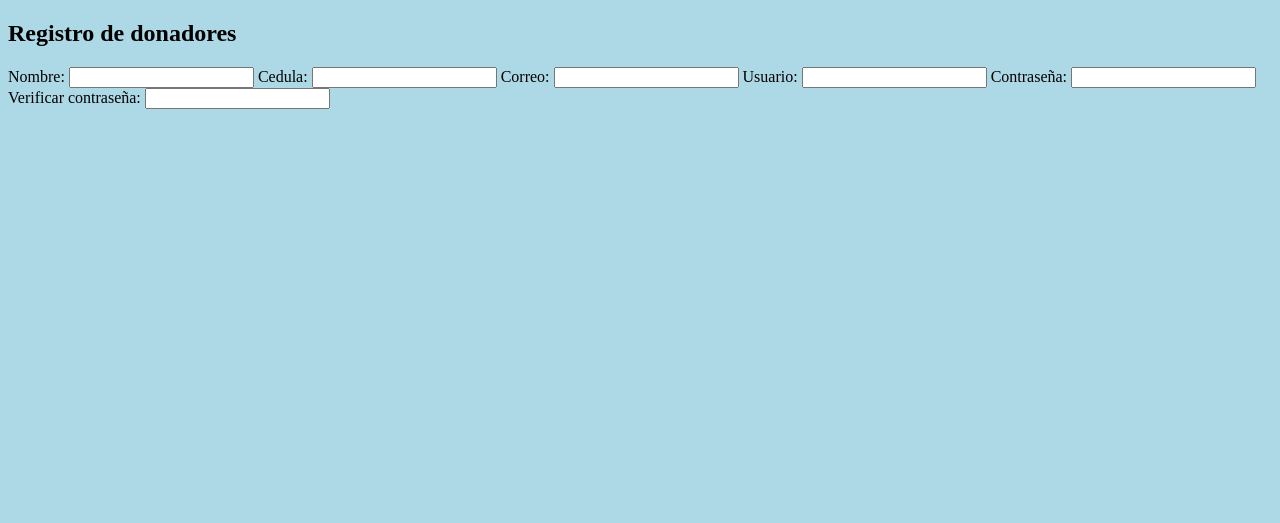
Repository: sonicspeed1/examen1_codigo_bryansantillan
Page: http://localhost/examen_1_bryan_santillan/registro_donadores.jsp
These files come from the project's save history. The page is drawn as it stood at one moment and after the next save; the edit follows.
The browser window is 1280 px wide. The pictures show the whole page.
The page is served by Tomcat 9.

Above is the page before, as saved 2024-05-25 17:35:19.

After the next save:
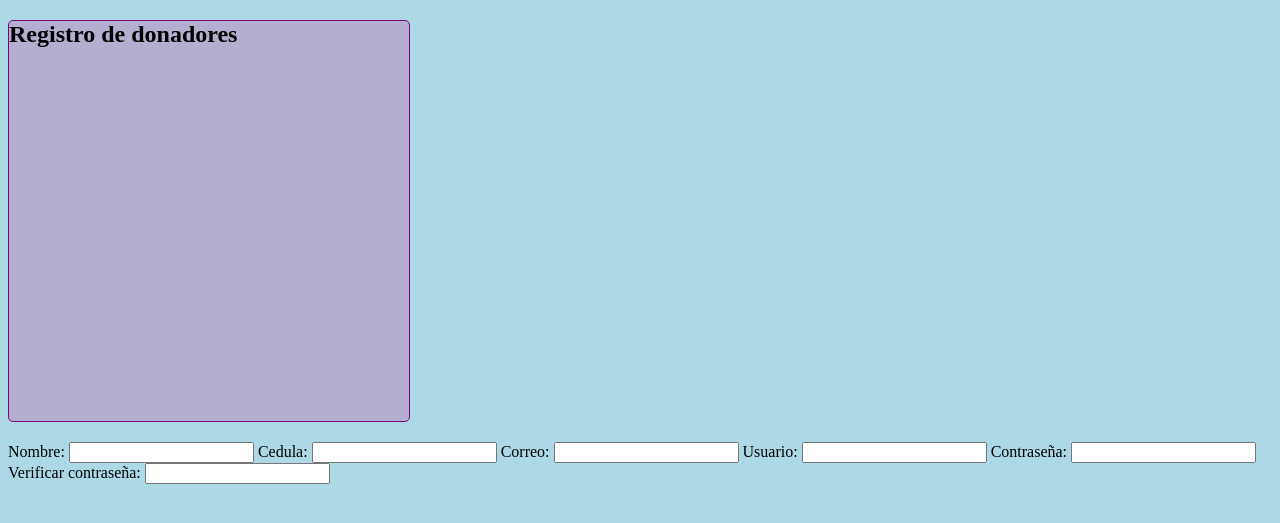
Saved 64 s later.
--- a/examen_1_bryan_santillan/src/main/webapp/registro_donadores.jsp
+++ b/examen_1_bryan_santillan/src/main/webapp/registro_donadores.jsp
@@ -8,7 +8,7 @@
 <link href="estilo.css" rel="stylesheet"/>
 </head>
 <body class="cuerpo">
-<h2>Registro de donadores</h2>
+<h2 class="cuadro2">Registro de donadores</h2>
 <label>Nombre: <input type="text" name="nombre"></label>
 <label>Cedula: <input type="text" name="ci"></label>
 <label>Correo: <input type="text" name="correo"></label>
